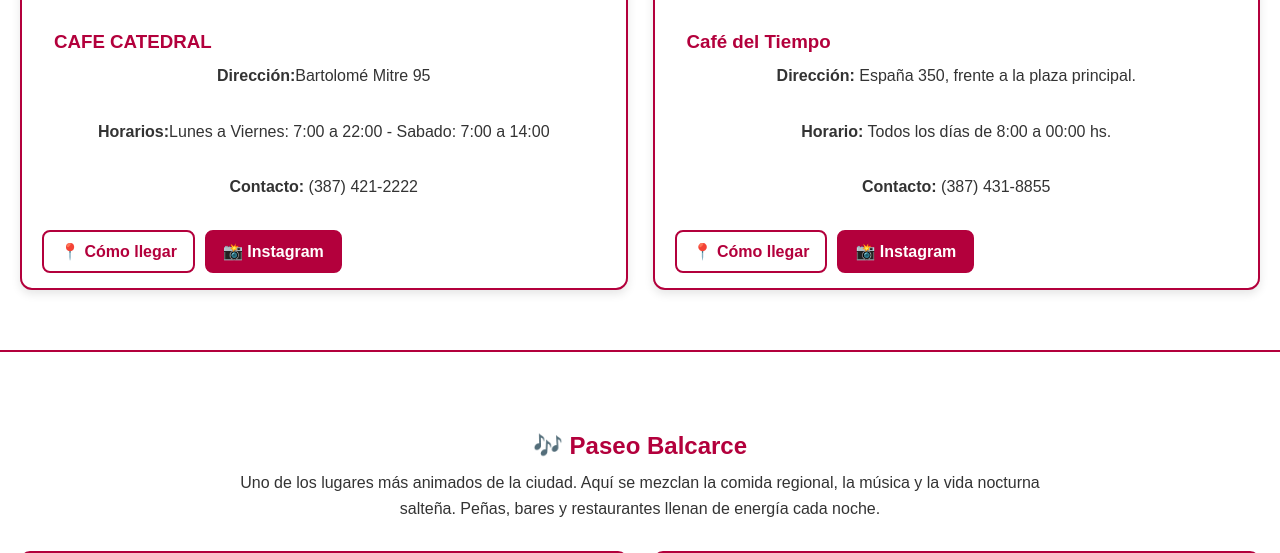
Repository: nahir95/come-en-salta
Page: restaurantes.html
An editor plug-in stored every save of this project. The page is shown before and after the next save, followed by the edit.
The browser window is 1280 px wide. The pictures show the part of the page from y = 735 to 1288 px (the page is 3278 px tall before and 3326 px after).
Pictures or frames that could not be fetched are drawn as grey boxes.

Above is the page before, as saved 2025-11-11 14:44:20.

### restaurantes.html
<!doctype html>
<html lang="es">
<head>
  <meta charset="utf-8" />
  <meta name="viewport" content="width=device-width, initial-scale=1" />
  <title>Restaurantes - Comé en Salta</title>
  <link rel="stylesheet" href="style.css">
</head>

<body>
  <header>
    <h1>Comé en Salta</h1>
    <nav>
      <a href="index.html">Inicio</a>
      <a href="restaurantes.html">Restaurantes</a>
      <a href="penas.html">Peñas</a>
      <a href="#contacto">Contacto</a>
    </nav>
  </header>

  <main class="restaurantes">
    <section class="intro">
      <h2>Los mejores lugares para disfrutar en Salta</h2>
      <p>Explorá los sabores salteños en cada rincón de la ciudad. Desde el corazón histórico hasta los paseos más modernos, la gastronomía local te invita a vivir experiencias únicas.</p>
    </section>

    <!-- PLAZA 9 DE JULIO -->
<section id="plaza9" class="zona">
  <h2>🍽️ Plaza 9 de Julio</h2>
  <p>El corazón histórico de Salta ofrece restaurantes con encanto colonial, ideales para disfrutar de la gastronomía local frente a la plaza principal.</p>

  <div class="zona-grid">

    <!-- Restaurante 1 -->
    <article class="card restaurante">
      <img src="https://images.unsplash.com/photo-1555993539-1732b0258235?w=800" alt="El Solar del Convento">
      <div class="card-content">
        <h3>CAFE CATEDRAL</h3>
        <p><strong>Dirección:</strong>Bartolomé Mitre 95</p>
        <p><strong>Horarios:</strong>Lunes a Viernes: 7:00 a 22:00 - Sabado: 7:00 a 14:00</p>
        <p><strong>Contacto:</strong> (387) 421-2222</p>
        <div class="btns-resto">
          <a href="https://maps.app.goo.gl/N27FRXKxGQz9X1E58" target="_blank" class="btn">📍 Cómo llegar</a>
          <a href="https://www.instagram.com/elsolardelconvento" target="_blank" class="btn btn-secundario">📸 Instagram</a>
        </div>
      </div>
    </article>

    <!-- Restaurante 2 -->
    <article class="card restaurante">
      <img src="https://images.unsplash.com/photo-1565299624946-b28f40a0ae38?w=800" alt="Café del Tiempo">
      <div class="card-content">
        <h3>Café del Tiempo</h3>
        <p><strong>Dirección:</strong> España 350, frente a la plaza principal.</p>
        <p><strong>Horario:</strong> Todos los días de 8:00 a 00:00 hs.</p>
        <p><strong>Contacto:</strong> (387) 431-8855</p>
        <div class="btns-resto">
          <a href="https://maps.app.goo.gl/aVRKk2ktTgN1WvZt8" target="_blank" class="btn">📍 Cómo llegar</a>
          <a href="https://www.instagram.com/cafedeltiemposalta" target="_blank" class="btn btn-secundario">📸 Instagram</a>
        </div>
      </div>
    </article>

  </div>
</section>


    <!-- PASEO BALCARCE -->
    <section id="balcarce" class="zona">
      <h2>🎶 Paseo Balcarce</h2>
      <p>Uno de los lugares más animados de la ciudad. Aquí se mezclan la comida regional, la música y la vida nocturna salteña. Peñas, bares y restaurantes llenan de energía cada noche.</p>

      <div class="zona-grid">
        <article class="card">
          <img src="https://images.unsplash.com/photo-1528605248644-14dd04022da1?w=800" alt="Paseo Balcarce Salta">
          <h3>La Vieja Estación</h3>
          <p>Tradicional peña y restaurante con show en vivo. Ideal para probar empanadas y locro.</p>
        </article>
        <article class="card">
          <img src="https://images.unsplash.com/photo-1600891964599-f61ba0e24092?w=800" alt="Restaurante moderno en Balcarce">
          <h3>La Monumental</h3>
          <p>Restaurante moderno con opciones gourmet y coctelería de autor.</p>
        </article>
      </div>
    </section>

    <!-- PASEO GÜEMES -->
    <section id="guemes" class="zona">
      <h2>🍷 Paseo Güemes</h2>
      <p>La zona joven y moderna de Salta. Ideal para quienes buscan cocina contemporánea, bares y terrazas con estilo. Un punto de encuentro entre turistas y locales.</p>

      <div class="zona-grid">
        <article class="card">
          <img src="https://images.unsplash.com/photo-1615719413546-198b25453f85?w=800" alt="Paseo Güemes">
          <h3>El Charrúa</h3>
          <p>Especialidad en carnes a la parrilla y vinos de altura. Un clásico salteño imperdible.</p>
        </article>
        <article class="card">
          <img src="https://images.unsplash.com/photo-1551218808-94e220e084d2?w=800" alt="Café moderno">
          <h3>Baco Resto Bar</h3>
          <p>Ambiente moderno y excelente coctelería, ideal para compartir entre amigos.</p>
        </article>
      </div>
    </section>

    <!-- CADENAS DE COMIDAS RÁPIDAS -->
    <section id="rapidas" class="zona">
      <h2>🍔 Cadenas de Comidas Rápidas</h2>
      <p>También hay opciones para quienes buscan algo rápido y conocido. Las principales cadenas se encuentran cerca del centro y los shoppings.</p>

      <ul class="lista-rapidas">
        <li>McDonald’s – Shopping Alto NOA</li>
        <li>Burger King – Caseros 500</li>
        <li>Mostaza – Paseo Güemes</li>
        <li>Subway – Balcarce 50</li>
      </ul>
    </section>

    <!-- EXTRA: RESTAURANTES DESTACADOS -->
    <section id="destacados" class="zona">
      <h2>⭐ Recomendados por los turistas</h2>
      <p>Según visitantes y locales, estos son algunos de los restaurantes imperdibles para vivir la experiencia completa de la gastronomía salteña.</p>
      <div class="zona-grid">
        <article class="card">
          <img src="https://images.unsplash.com/photo-1504674900247-0877df9cc836?w=800" alt="Empanadas salteñas">
          <h3>Doña Salta</h3>
          <p>Empanadas caseras, locro y guisos típicos en un ambiente colonial.</p>
        </article>
        <article class="card">
          <img src="https://images.unsplash.com/photo-1601924582971-c8b28a3a13f1?w=800" alt="Locro salteño">
          <h3>El Patio de la Empanada</h3>
          <p>Conocido por su sabor auténtico y precios populares. Ideal para turistas.</p>
        </article>
      </div>
    </section>
  </main>

  <footer>
    Creado con ❤️ por Comé en Salta · 2025
  </footer>
</body>
</html>

### style.css
/* ==========================
   ESTILOS GENERALES
========================== */
body {
  margin: 0;
  font-family: 'Poppins', sans-serif;
  background-color: #fff;
  color: #000;
}

/* ==========================
   HEADER
========================== */
header {
  display: flex;
  justify-content: space-between;
  align-items: center;
  background-color: #fff;
  padding: 15px 30px;
  border-bottom: 3px solid #b3003c;
}

header h1 {
  color: #b3003c;
  font-size: 1.6rem;
}

nav {
  display: flex;
  gap: 25px;
}

nav a {
  text-decoration: none;
  color: #000;
  font-weight: 600;
  transition: color 0.3s ease;
}

nav a:hover {
  color: #b3003c;
}

/* ==========================
   CARRUSEL (HERO)
========================== */
.hero {
  position: relative;
  width: 100%;
  overflow: hidden;
}

.carousel-container {
  position: relative;
  width: 100%;
  height: 80vh;
}

.carousel {
  display: flex;
  width: 300%;
  transition: transform 0.8s ease-in-out;
}

.carousel img {
  width: 100%;
  height: 80vh;
  object-fit: cover;
  filter: brightness(0.7);
}

/* Botones del carrusel */
.btn-carrusel {
  position: absolute;
  top: 50%;
  transform: translateY(-50%);
  background-color: rgba(179, 0, 60, 0.8);
  color: white;
  border: none;
  font-size: 2rem;
  padding: 10px 15px;
  cursor: pointer;
  border-radius: 50%;
  transition: background 0.3s ease;
}

.btn-carrusel:hover {
  background-color: #b3003c;
}

#prev { left: 20px; }
#next { right: 20px; }

/* Texto sobre el carrusel */
.overlay {
  position: absolute;
  top: 50%;
  left: 50%;
  transform: translate(-50%, -50%);
  color: white;
  text-align: center;
  text-shadow: 0 2px 5px rgba(0,0,0,0.7);
}

.overlay h2 {
  font-size: 2rem;
  color: #fff;
  margin-bottom: 10px;
}

.overlay p {
  font-size: 1.2rem;
}

/* ==========================
   SECCIÓN INICIO
========================== */
.inicio {
  text-align: center;
  padding: 80px 20px;
  background-color: #fff;
}

.inicio h2 {
  color: #b3003c;
  font-size: 2rem;
  margin-bottom: 15px;
}

.inicio p {
  max-width: 800px;
  margin: 0 auto 30px auto;
  color: #333;
  line-height: 1.6;
}

/* BOTONES PRINCIPALES */
.inicio-buttons .btn {
  display: inline-block;
  margin: 10px;
  padding: 12px 24px;
  border: 2px solid #b3003c;
  border-radius: 8px;
  color: #b3003c;
  background: transparent;
  text-decoration: none;
  font-weight: 600;
  transition: all 0.3s ease;
}

.inicio-buttons .btn:hover {
  background: #b3003c;
  color: white;
}
/* ==========================
   SECCIÓN "POR QUÉ COMER EN SALTA"
========================== */
.porque {
  text-align: center;
  padding: 60px 20px;
  background-color: #f7f7f7;
  border-top: 2px solid #b3003c;
  border-bottom: 2px solid #b3003c;
}

.porque h2 {
  color: #b3003c;
  margin-bottom: 15px;
}

.porque p {
  max-width: 800px;
  margin: auto;
  font-size: 1.1rem;
  color: #333;
  line-height: 1.6;
}

/* ==========================
   SABORES
========================== */
.sabores {
  padding: 60px 20px;
  background-color: #fff;
  text-align: center;
}

.sabores h2 {
  color: #b3003c;
  margin-bottom: 25px;
}

.sabores-grid {
  display: grid;
  grid-template-columns: repeat(auto-fit, minmax(220px, 1fr));
  gap: 25px;
}

.plato {
  background: #fff;
  border-radius: 12px;
  border: 2px solid #b3003c;
  overflow: hidden;
  transition: transform 0.3s ease, box-shadow 0.3s ease;
}

.plato:hover {
  transform: scale(1.05);
  box-shadow: 0 4px 12px rgba(0,0,0,0.15);
}

.plato img {
  width: 100%;
  height: 160px;
  object-fit: cover;
}

.plato h3 {
  padding: 12px;
  color: #b3003c;
}

/* ==========================
   FRASE FINAL
========================== */
.frase {
  background: #b3003c;
  color: white;
  text-align: center;
  padding: 40px 10px;
  font-style: italic;
  font-size: 1.2rem;
}

/* ==========================
   FOOTER
========================== */
footer {
  background-color: #fff;
  color: #333;
  text-align: center;
  padding: 20px;
  border-top: 3px solid #b3003c;
  font-weight: 500;
}
.carousel-container {
  position: relative;
  overflow: hidden;
  width: 100%;
  height: 400px;
}

.carousel {
  display: flex;
  transition: transform 1s ease;
  width: 100%;
  height: 100%;
}

.carousel img {
  flex: 0 0 100%;
  width: 100%;
  height: 100%;
  object-fit: cover;
}
/* ==========================
   RESTAURANTES
========================== */
.restaurantes .intro {
  text-align: center;
  padding: 60px 20px;
}

.restaurantes .intro h2 {
  color: #b3003c;
  margin-bottom: 10px;
}

.restaurantes .zona {
  padding: 60px 20px;
  border-top: 2px solid #b3003c;
  background-color: #fff;
}

.restaurantes .zona h2 {
  color: #b3003c;
  margin-bottom: 10px;
  text-align: center;
}

.restaurantes .zona p {
  text-align: center;
  max-width: 800px;
  margin: 0 auto 30px auto;
  line-height: 1.6;
  color: #333;
}

.zona-grid {
  display: grid;
  grid-template-columns: repeat(auto-fit, minmax(250px, 1fr));
  gap: 25px;
}

.card {
  background: #fff;
  border: 2px solid #b3003c;
  border-radius: 10px;
  overflow: hidden;
  transition: transform 0.3s ease, box-shadow 0.3s ease;
}

.card:hover {
  transform: scale(1.05);
  box-shadow: 0 4px 12px rgba(0,0,0,0.15);
}

.card img {
  width: 100%;
  height: 180px;
  object-fit: cover;
}

.card h3 {
  margin: 12px;
  color: #b3003c;
}

.card p {
  margin: 0 12px 15px 12px;
  color: #333;
}

.lista-rapidas {
  max-width: 600px;
  margin: 0 auto;
  list-style: none;
  padding: 0;
  text-align: center;
}

.lista-rapidas li {
  background: #f8f8f8;
  border: 1px solid #b3003c;
  padding: 10px;
  border-radius: 6px;
  margin-bottom: 8px;
  color: #333;
  transition: background 0.3s;
}

.lista-rapidas li:hover {
  background: #b3003c;
  color: white;
}

/* === Tarjetas de restaurantes con info === */
.restaurante {
  background: #fff;
  border: 2px solid #b3003c;
  border-radius: 12px;
  overflow: hidden;
  box-shadow: 0 4px 10px rgba(0,0,0,0.1);
  transition: transform 0.3s ease, box-shadow 0.3s ease;
}

.restaurante:hover {
  transform: translateY(-5px);
  box-shadow: 0 6px 16px rgba(0,0,0,0.15);
}

.restaurante img {
  width: 100%;
  height: 200px;
  object-fit: cover;
}

.restaurante .card-content {
  padding: 15px 20px;
}

.restaurante h3 {
  color: #b3003c;
  margin-bottom: 10px;
}

.restaurante p {
  color: #333;
  margin: 5px 0;
}

.btns-resto {
  display: flex;
  flex-wrap: wrap;
  gap: 10px;
  margin-top: 15px;
}

.btns-resto .btn {
  display: inline-block;
  padding: 10px 16px;
  border: 2px solid #b3003c;
  border-radius: 8px;
  text-decoration: none;
  color: #b3003c;
  font-weight: 600;
  transition: all 0.3s ease;
}

.btns-resto .btn:hover {
  background: #b3003c;
  color: #fff;
}

.btns-resto .btn-secundario {
  background: #b3003c;
  color: #fff;
}

.btns-resto .btn-secundario:hover {
  background: transparent;
  color: #b3003c;
}

After the next save:
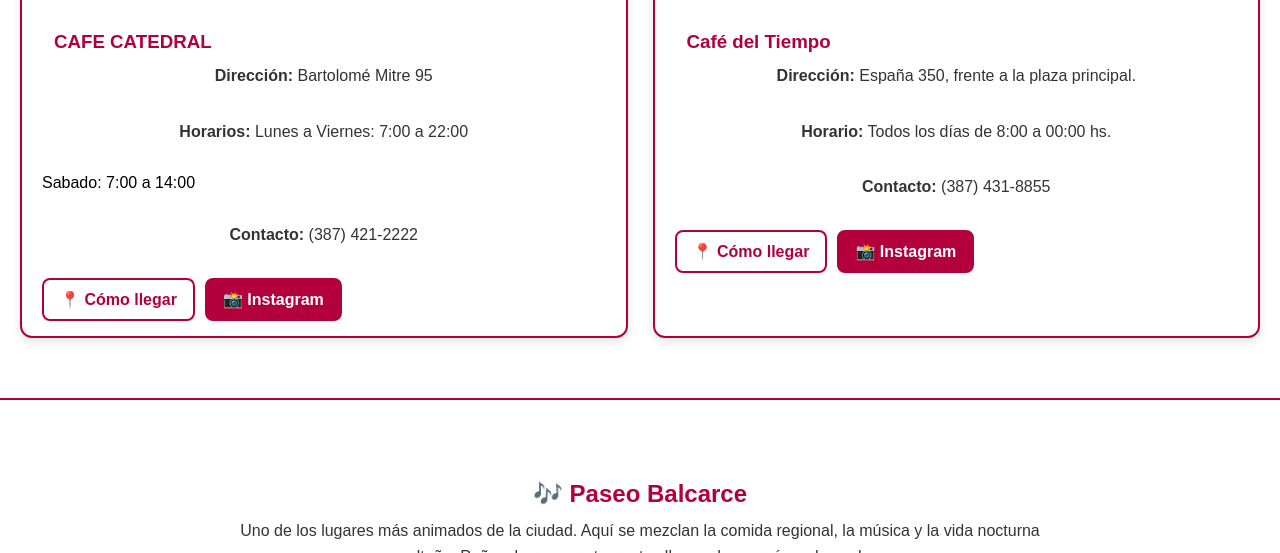
Saved 49 s later.
--- a/restaurantes.html
+++ b/restaurantes.html
@@ -36,8 +36,8 @@
       <img src="https://images.unsplash.com/photo-1555993539-1732b0258235?w=800" alt="El Solar del Convento">
       <div class="card-content">
         <h3>CAFE CATEDRAL</h3>
-        <p><strong>Dirección:</strong>Bartolomé Mitre 95</p>
-        <p><strong>Horarios:</strong>Lunes a Viernes: 7:00 a 22:00 - Sabado: 7:00 a 14:00</p>
+        <p><strong>Dirección:</strong> Bartolomé Mitre 95</p>
+        <p><strong>Horarios:</strong> Lunes a Viernes: 7:00 a 22:00<p></p> Sabado: 7:00 a 14:00</p>
         <p><strong>Contacto:</strong> (387) 421-2222</p>
         <div class="btns-resto">
           <a href="https://maps.app.goo.gl/N27FRXKxGQz9X1E58" target="_blank" class="btn">📍 Cómo llegar</a>

After the save that followed:
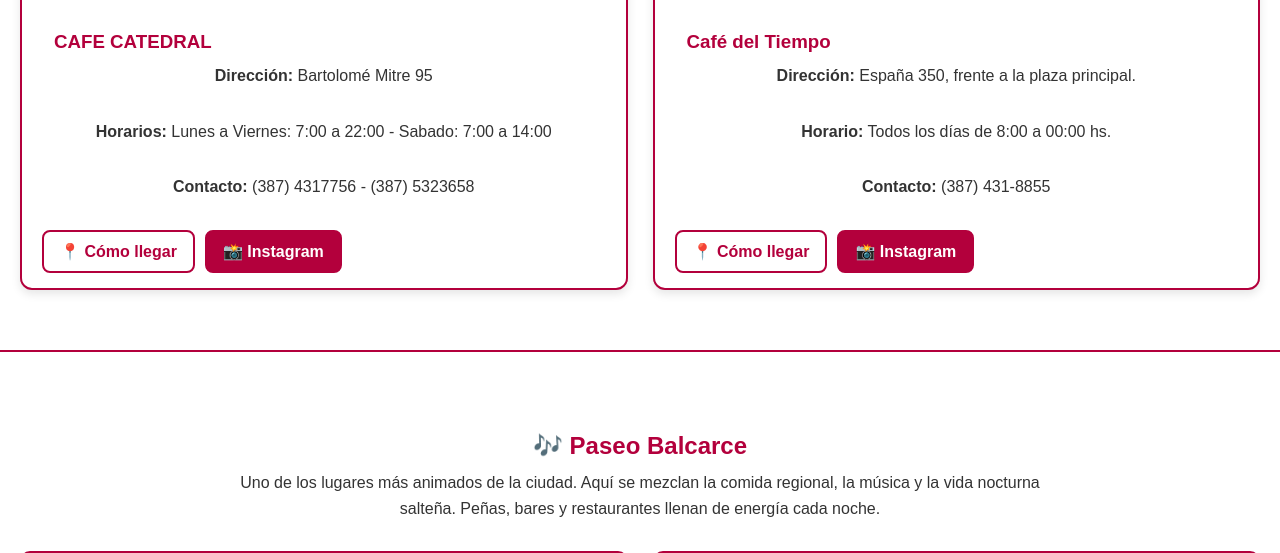
Saved 3 min 41 s later.
--- a/restaurantes.html
+++ b/restaurantes.html
@@ -37,10 +37,10 @@
       <div class="card-content">
         <h3>CAFE CATEDRAL</h3>
         <p><strong>Dirección:</strong> Bartolomé Mitre 95</p>
-        <p><strong>Horarios:</strong> Lunes a Viernes: 7:00 a 22:00<p></p> Sabado: 7:00 a 14:00</p>
-        <p><strong>Contacto:</strong> (387) 421-2222</p>
+        <p><strong>Horarios:</strong> Lunes a Viernes: 7:00 a 22:00 - Sabado: 7:00 a 14:00</p>
+        <p><strong>Contacto:</strong> (387) 4317756 - (387) 5323658</p>
         <div class="btns-resto">
-          <a href="https://maps.app.goo.gl/N27FRXKxGQz9X1E58" target="_blank" class="btn">📍 Cómo llegar</a>
+          <a href="https://maps.app.goo.gl/VMKrjFsvunXBDcr2A" target="_blank" class="btn">📍 Cómo llegar</a>
           <a href="https://www.instagram.com/elsolardelconvento" target="_blank" class="btn btn-secundario">📸 Instagram</a>
         </div>
       </div>
